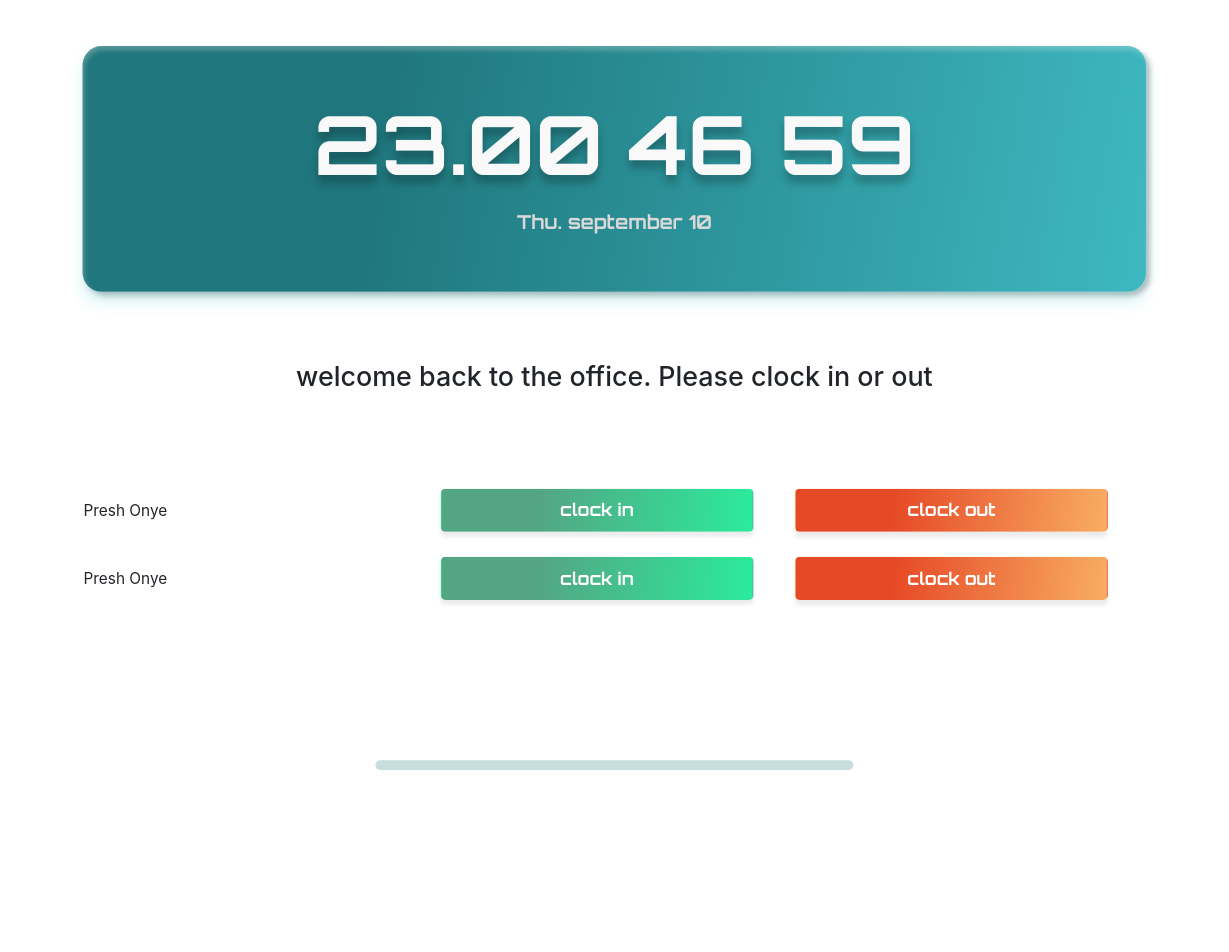
Repository: giprim/clocker
Page: /
These files come from the project's save history. The page is drawn as it stood at one moment and after the next save; the edit follows.
The browser window is 1280 px wide. The pictures show the whole page, at 96% of full size.
The project was rebuilt for these pictures with package versions that can differ from the ones it lists, and the page was loaded fresh each time.

Above is the page before, as saved 2020-09-11 00:01:28.

### src/App.tsx
import React from 'react';
import './App.css';

function App() {
  const currentTime = () => {
    let date = new Date();

    return `${date
      .getHours()
      .toFixed(2)} ${date.getMinutes()} ${date.getSeconds()}`;
  };

  console.log(currentTime());

  return (
    <div className='container py-4'>
      {/* clock section */}
      <div className='clock-box effect p-2 py-md-5 mt-4'>
        <div className='row'>
          <div className='col-12'>
            <h4 className='display-3 text-center'>
              {currentTime().toString()}
            </h4>
          </div>
          <div className='col-12 text-center mt-2 mb-1'>
            <h6>Thu. september 10</h6>
          </div>
        </div>
      </div>

      {/* welcome  */}
      <p className='text-center my-5 py-4 h3'>
        welcome back to the office. Please clock in or out
      </p>

      <table>
        <thead>
          <tr>
            <th></th>
            <th></th>
            <th></th>
          </tr>
        </thead>
        <tbody>
          <tr>
            <td>Presh Onye</td>
            <td className='row justify-content-evenly'>
              <button className='btn clockin col-5'> clock in</button>
              <button className='btn clockout col-5'> clock out</button>
            </td>
          </tr>
          <tr>
            <td>Presh Onye</td>
            <td className='row justify-content-evenly'>
              <button className='btn clockin col-5'> clock in</button>
              <button className='btn clockout col-5'> clock out</button>
            </td>
          </tr>
        </tbody>
      </table>

      <hr />
    </div>
  );
}

export default App;

### src/App.css
@import url('https://fonts.googleapis.com/css2?family=Orbitron:wght@400;500;600;700;800;900&family=Work+Sans:ital,wght@0,100;0,200;0,400;0,600;0,700;1,500&display=swap');

.clock-box {
  background: linear-gradient(99.35deg, #1f767c 26.99%, #42c1ca 110.13%);
  box-shadow: 0px 10px 15px rgba(66, 193, 202, 0.23),
    4px 4px 5px rgba(0, 0, 0, 0.25), inset 2px 4px 5px rgba(255, 255, 255, 0.25);
  border-radius: 20px;
  position: relative;
  z-index: 10;
}

.clock-box h4 {
  font-family: Orbitron;
  font-style: normal;
  font-weight: bold;
  font-size: 85px;
  line-height: 107px;
  /* identical to box height */

  color: #f9f9f9;

  text-shadow: 0px 9px 9px rgba(0, 0, 0, 0.25);
}

.clock-box h6 {
  font-family: Orbitron;
  font-style: normal;
  font-weight: bold;
  font-size: 20px;
  line-height: 25px;
  /* identical to box height */

  color: #d9d9d9;
}

.clockout,
.clockin {
  font-family: Orbitron;
  font-style: normal;
  font-weight: bold;
  font-size: 18px;
  line-height: 23px;
  /* identical to box height */
  padding-top: 10px;
  padding-bottom: 10px;
  color: #ffffff;
  transition: ease-in 0.13s;
}

/* table.table {
  border: none;
} */

.clockin:hover,
.clockout:hover {
  color: white;
  transform: translateY(-5px);
}

.clockin {
  background: linear-gradient(97.12deg, #54a583 31.21%, #21fca1 115.81%);
  box-shadow: 0px 5px 4px rgba(128, 128, 128, 0.15);
  border-radius: 5px;
}

.clockout {
  background: linear-gradient(
    97.12deg,
    #e64926 31.21%,
    rgba(252, 176, 63, 0.74) 115.81%
  );
  box-shadow: 0px 6px 4px rgba(128, 128, 128, 0.15);
  border-radius: 5px;
}

table {
  width: 100%;
}

table tr td {
  padding-top: 25px;
}

hr {
  border-radius: 15px;
  margin: 15% auto;
  width: 45%;
  padding: 5px;
  background: #20777c;
}

Loaded but not shown: public/index.html (common file); src/index.tsx (common file); src/index.css (common file); src/serviceWorker.ts (common file)

After the next save:
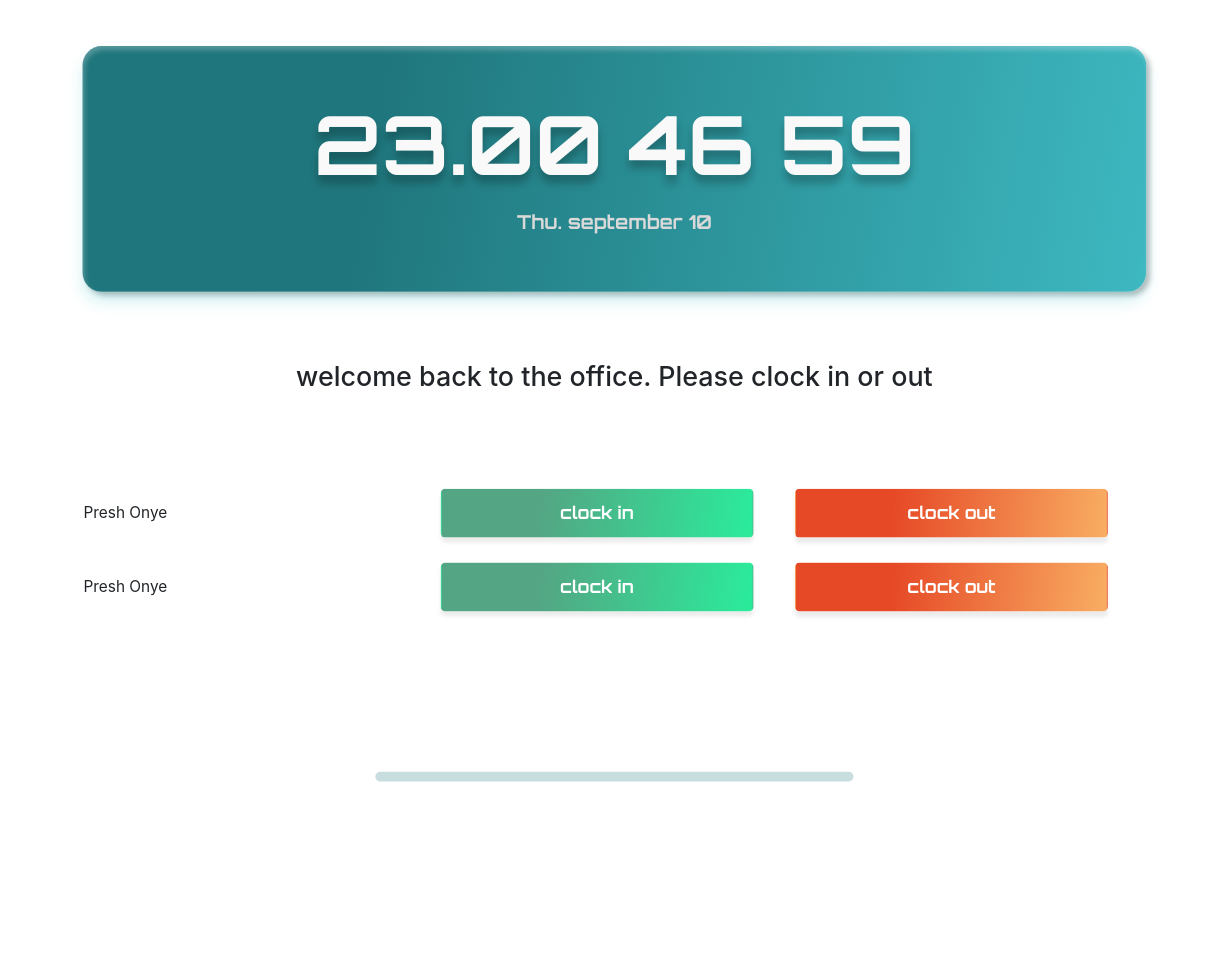
Saved 43 s later.
--- a/src/App.css
+++ b/src/App.css
@@ -41,8 +41,8 @@
   font-size: 18px;
   line-height: 23px;
   /* identical to box height */
-  padding-top: 10px;
-  padding-bottom: 10px;
+  padding-top: 13px;
+  padding-bottom: 13px;
   color: #ffffff;
   transition: ease-in 0.13s;
 }
